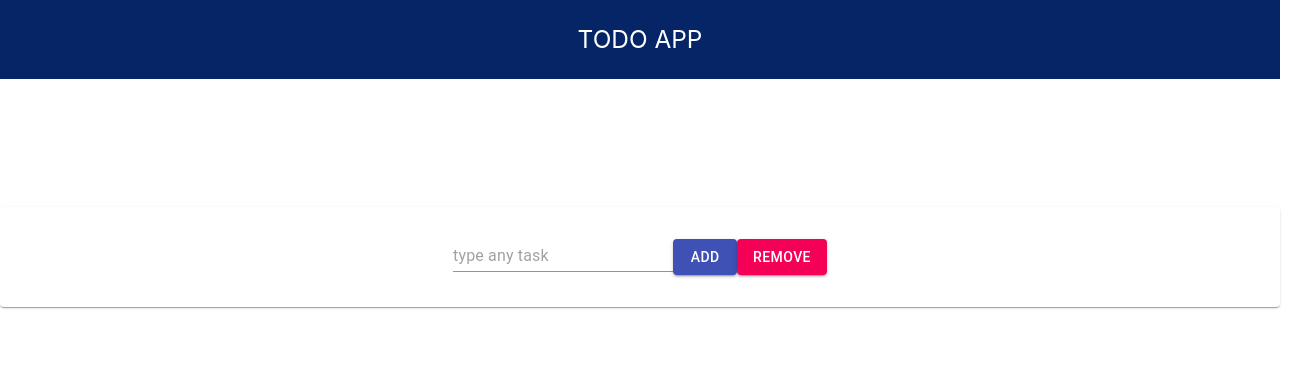
Repository: Shams97/Todo-app
Page: /
These files come from the project's save history. The page is drawn as it stood at one moment and after a run of saves; the edit follows.
The browser window is 1280 px wide. The page is 1292 px wide, so the pictures cover 1292 px, including what lies to the right of the window. The pictures show the whole page.
The project was rebuilt for these pictures with package versions that can differ from the ones it lists, and the page was loaded fresh each time.

Above is the page before, as saved 2021-06-26 23:45:19.

### src/App.js
import './App.css';
import Tasks from './tasks/tasks';
function App() {
  return (
    <div className="App">
      <header className="App-header">
            <p> TODO APP</p>
      </header>
      <Tasks/>
    </div>
  );
}

export default App;

### src/App.css
.App {
  text-align: center;
}

.App-header {
  background-color: #052566;
  min-height: 10vh;
  display: flex;
  flex-direction: column;
  align-items: center;
  justify-content: center;
  font-size: calc(10px + 2vmin);
  color: white;
  margin-bottom: 10%;
}
.container {
  padding:0% 2%;
}

### src/tasks/tasks.js
import React from "react";
import { makeStyles } from '@material-ui/core/styles';
import { Button, Input,Grid,Paper } from "@material-ui/core";

const useStyles = makeStyles((theme) => ({
    root: {
      flexGrow: 1,
    },
    paper: {
      padding: theme.spacing(4),
      textAlign: 'center',
      color: theme.palette.text.secondary,
    },
  }));

export default function Tasks() {
    const classes = useStyles();

  return (
    <Grid container spacing={3} className={classes.root}>
      <Grid item xs={12}>
        <Paper className={classes.paper}>
          <Input placeholder="type any task"></Input>
          <Button variant="contained" color="primary">
            Add
          </Button>

        {
        <Button variant="contained" color="secondary">
            Remove
          </Button>

         }
        </Paper>
      </Grid>
    </Grid>
  );
}

Loaded but not shown: public/index.html (common file); src/index.js (common file); src/index.css (common file); src/reportWebVitals.js (common file)

After the next 3 saves:
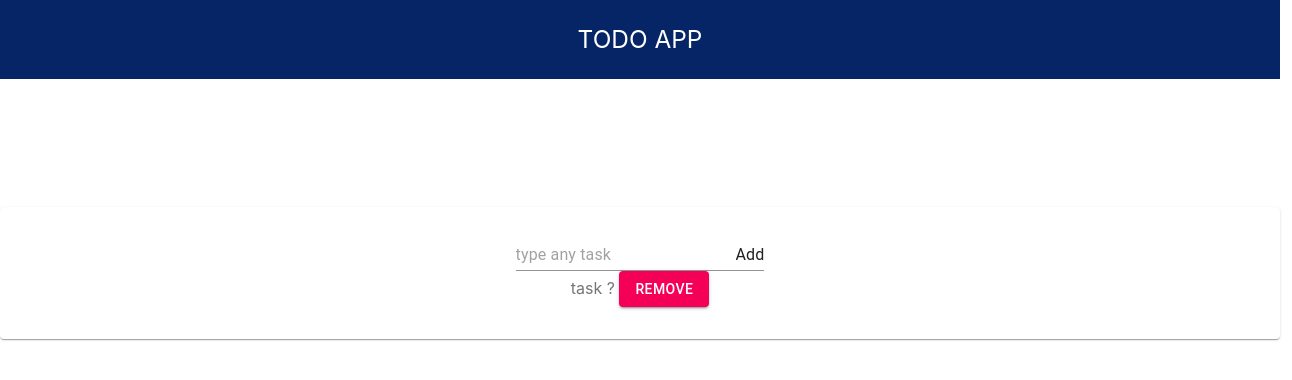
The 3 saves are shown as one change because 2 did not build or start.
The last was saved 6 min 12 s later.
--- a/src/tasks/tasks.js
+++ b/src/tasks/tasks.js
@@ -1,4 +1,4 @@
-import React from "react";
+import React,{useState} from "react";
 import { makeStyles } from '@material-ui/core/styles';
 import { Button, Input,Grid,Paper } from "@material-ui/core";
 
@@ -15,24 +15,25 @@ const useStyles = makeStyles((theme) => ({
 
 export default function Tasks() {
     const classes = useStyles();
+    const [task, setTask] = useState('')
 
-  return (
-    <Grid container spacing={3} className={classes.root}>
-      <Grid item xs={12}>
-        <Paper className={classes.paper}>
-          <Input placeholder="type any task"></Input>
-          <Button variant="contained" color="primary">
-            Add
-          </Button>
+    return (
+        <Grid container spacing={3} className={classes.root}>
+            <Grid item xs={12}>
+                <Paper className={classes.paper}>
+                <Input placeholder="type any task" value={()=> setTask}></Input>
+                <Input type="submit" color="primary" value="Add">
+                </Input>
 
-        {
-        <Button variant="contained" color="secondary">
-            Remove
-          </Button>
-
-         }
-        </Paper>
-      </Grid>
-    </Grid>
+                <div>
+            task ? {
+                <Button variant="contained" color="secondary">
+                    Remove
+                </Button>
+                }
+                </div>
+                </Paper>
+            </Grid>
+        </Grid>
   );
 }
